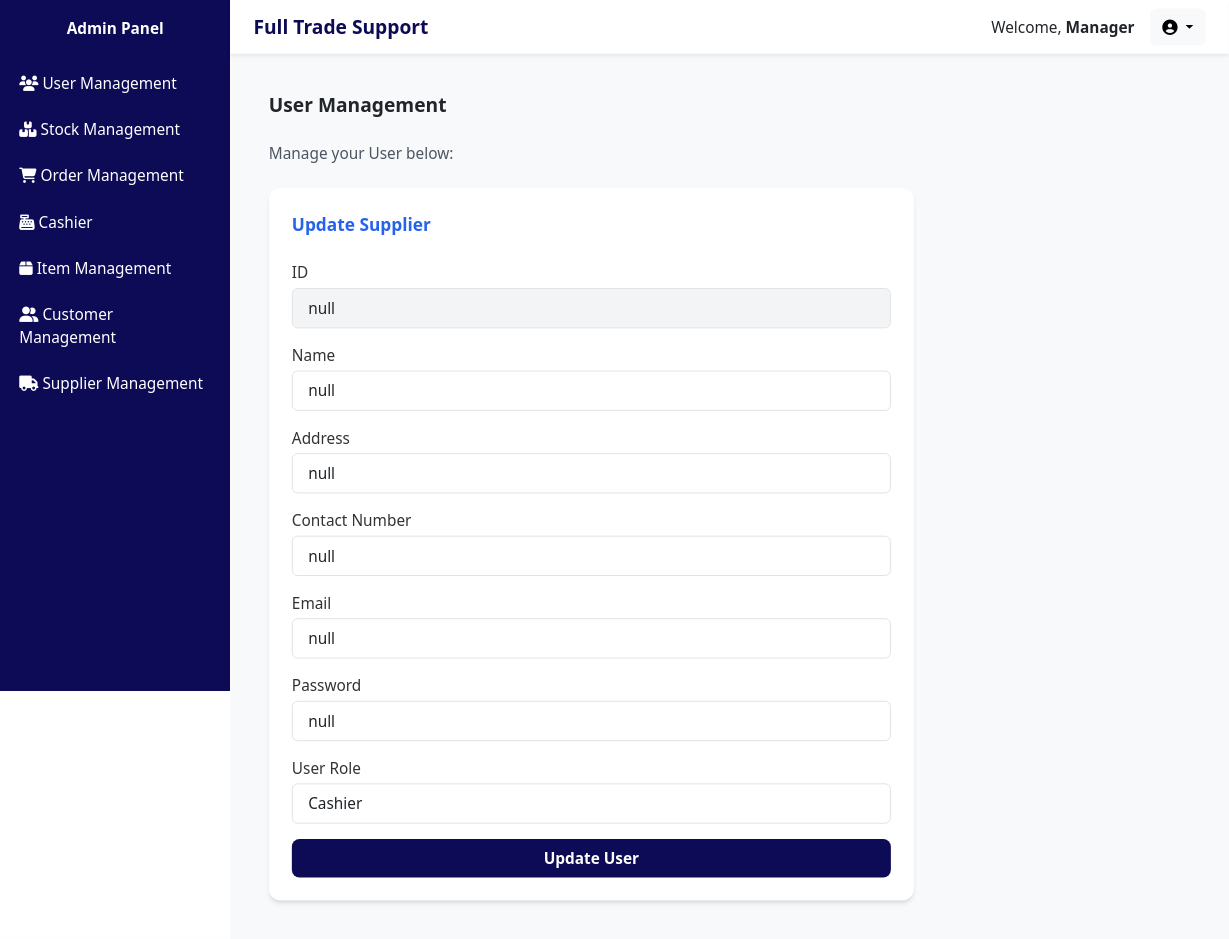
Repository: LakviduUpasara/onlineSparePartsManagementSystem
Page: http://localhost/Spare_parts_Management_Systems/Admin/update.jsp
The author's editor kept a copy of each file at every save. The page is drawn from the files as they stood at one save, then again after the next save.
The browser window is 1280 px wide. The pictures show the whole page, at 96% of full size.
Some web libraries are served in a nearby version. The page is served by Tomcat 9. Other server files are loaded and not shown.

Above is the page before, as saved 2025-05-13 22:54:14.

### Project/Project/Spare_parts_Management_Systems/src/main/webapp/Admin/update.jsp
<%@ page language="java" contentType="text/html; charset=UTF-8" pageEncoding="UTF-8"%>
<%@ page import="java.util.*, com.spareparts.model.Supplier" %>

<!DOCTYPE html>
<html lang="en">
<head>
  <meta charset="UTF-8">
  <title>Admin Dashboard - Full Trade Support</title>

  <!-- Bootstrap -->
  <link href="https://cdn.jsdelivr.net/npm/bootstrap@5.3.0/dist/css/bootstrap.min.css" rel="stylesheet">

  <!-- Tailwind CSS -->
  <script src="https://cdn.tailwindcss.com"></script>

  <!-- Font Awesome -->
  <link rel="stylesheet" href="https://cdnjs.cloudflare.com/ajax/libs/font-awesome/6.4.0/css/all.min.css">

  <style>
    <style>
  body {
    margin: 0;
    font-family: 'Segoe UI', Tahoma, Geneva, Verdana, sans-serif;
    background-color: #f8f9fa;
  }

  .sidebar {
    height: 100vh;
    background-color: #0d0b56; /* Primary theme color */
    color: white;
    position: fixed;
    width: 240px;
    padding-top: 20px;
  }

  .sidebar h4 {
    font-weight: bold;
    margin-bottom: 30px;
  }

  .sidebar a {
    color: white;
    text-decoration: none;
    display: block;
    padding: 12px 20px;
    font-size: 16px;
    transition: background 0.3s ease;
  }

  .sidebar a:hover {
    background-color: #111a72;
    border-left: 4px solid #ffffff;
    padding-left: 16px;
  }

  .main-content {
    margin-left: 240px;
    background-color: #f8f9fa;
  }

  .dashboard-content {
    padding: 40px;
  }

  .navbar {
    background-color: white;
    box-shadow: 0 2px 4px rgba(0,0,0,0.05);
  }

  .navbar-brand {
    font-weight: bold;
    color: #0d0b56 !important;
  }

  .btn-primary {
    background-color: #0d0b56;
    border: none;
  }

  .btn-primary:hover {
    background-color: #111a72;
  }

  .form-label {
    font-weight: 600;
    color: #333;
  }

  input.form-control,
  select.form-control,
  textarea.form-control {
    border: 1px solid #ccc;
    transition: border-color 0.2s ease;
  }

  input.form-control:focus,
  select.form-control:focus,
  textarea.form-control:focus {
    border-color: #0d0b56;
    box-shadow: 0 0 0 0.2rem rgba(13, 11, 86, 0.25);
  }

  .bg-white {
    background-color: white;
  }

  .rounded-xl {
    border-radius: 1rem;
  }

  .shadow-md {
    box-shadow: 0 4px 6px rgba(0,0,0,0.1);
  }

  .text-blue-600 {
    color: #0d0b56;
  }

  .btn-primary {
  background-color: #0d0b56 !important;
  border: none;
  color: white;
  font-weight: 600;
  transition: background-color 0.3s ease;
}

.btn-primary:hover,
.btn-primary:focus {
  background-color: #111a72 !important;
  color: white;
  box-shadow: 0 0 0 0.2rem rgba(13, 11, 86, 0.25);
}

</style>

  </style>
</head>

<body>
  <!-- Sidebar -->
<div class="sidebar">
    <h4 class="text-center mb-4">Admin  Panel</h4>
    <a href="GetAllServlet"><i class="fas fa-users"></i> User Management</a>
    <a href="#"><i class="fas fa-boxes"></i> Stock Management</a>
    <a href="#"><i class="fas fa-shopping-cart"></i> Order Management</a>
    <a href="#"><i class="fas fa-cash-register"></i> Cashier</a>
    <a href="#"><i class="fas fa-box"></i> Item Management</a>
    <a href="#"><i class="fas fa-user-friends"></i> Customer Management</a>
    <a href="supplier-list"><i class="fas fa-truck"></i> Supplier Management</a>
  </div>


  <!-- Main Content -->
  <div class="main-content">
    <nav class="navbar navbar-expand-lg navbar-light px-4 bg-white shadow-sm">
      <a class="navbar-brand" href="#">Full Trade Support</a>
      <div class="ms-auto d-flex align-items-center">
        <span class="me-3">Welcome, <strong>Manager</strong></span>
        <div class="dropdown">
          <a class="btn btn-light dropdown-toggle" href="#" id="userDropdown" data-bs-toggle="dropdown">
            <i class="fas fa-user-circle"></i>
          </a>
          <ul class="dropdown-menu dropdown-menu-end" aria-labelledby="userDropdown">
            <li><a class="dropdown-item" href="#">Profile</a></li>
            <li><a class="dropdown-item" href="#">Settings</a></li>
            <li><hr class="dropdown-divider"></li>
            <li><a class="dropdown-item text-danger" href="#">Logout</a></li>
          </ul>
        </div>
      </div>
    </nav>

    <div class="dashboard-content">
      <h2 class="text-xl font-bold mb-4">User Management</h2>
      <p class="mb-4 text-gray-600">Manage your User below:</p>

      <%
        String id = request.getParameter("id");
        String name = request.getParameter("name");
        String address = request.getParameter("address");
        String contactnumber = request.getParameter("contactnumber");
        String email = request.getParameter("email");
        String password = request.getParameter("password");
        String userRole = request.getParameter("userRole");
      %>

      <div class="bg-white rounded-xl shadow-md p-6 max-w-2xl">
        <h4 class="text-lg font-semibold mb-4 text-blue-600">Update Supplier</h4>


        <form action="${pageContext.request.contextPath}/UpdateServlet" method="post"class="space-y-4">
          <div>
            <label class="form-label block mb-1 font-medium">ID</label>
            <input type="text" name="id" value="<%= id %>" readonly
              class="form-control bg-gray-100 border border-gray-300 rounded px-3 py-2 w-full" />
          </div>

          <div>
            <label class="form-label block mb-1 font-medium">Name</label>
            <input type="text" name="name" value="<%= name %>" required
              class="form-control border border-gray-300 rounded px-3 py-2 w-full" />
          </div>

          <div>
            <label class="form-label block mb-1 font-medium">Address</label>
            <input type="text" name="address" value="<%= address %>" required
              class="form-control border border-gray-300 rounded px-3 py-2 w-full" />
          </div>

          <div>
            <label class="form-label block mb-1 font-medium">Contact Number</label>
            <input type="text" name="contactnumber" value="<%= contactnumber %>" required
              class="form-control border border-gray-300 rounded px-3 py-2 w-full" />
          </div>

          <div>
            <label class="form-label block mb-1 font-medium">Email</label>
            <input type="email" name="email" value="<%= email %>" required
              class="form-control border border-gray-300 rounded px-3 py-2 w-full" />
          </div>

          <div>
            <label class="form-label block mb-1 font-medium">Password</label>
            <input type="text" name="password" value="<%= password %>" required
              class="form-control border border-gray-300 rounded px-3 py-2 w-full" />
          </div>

      <div>
		  <label class="form-label block mb-1 font-medium">User Role</label>
		  <select name="userRole" class="form-control border border-gray-300 rounded px-3 py-2 w-full" required>
		    <option value="Cashier" <%= "Cashier".equals(userRole) ? "selected" : "" %> >Cashier</option>
		    <option value="Stock Manager" <%= "Stock Manager".equals(userRole) ? "selected" : "" %>>Stock Manager</option>
		    <option value="Admin" <%= "Admin".equals(userRole) ? "selected" : "" %>>Admin</option>
		    <option value="Manager" <%= "Manager".equals(userRole) ? "selected" : "" %>>Manager</option>
		  </select>
		</div>

          <div>
           <button type="submit" class="btn btn-primary w-full rounded-lg py-2 px-4">
  			Update User
		</button>

          </div>
        </form>
      </div>
    </div>
  </div>

  <!-- Bootstrap JS -->
  <script src="https://cdn.jsdelivr.net/npm/bootstrap@5.3.0/dist/js/bootstrap.bundle.min.js"></script>
</body>
</html>

After the next save:
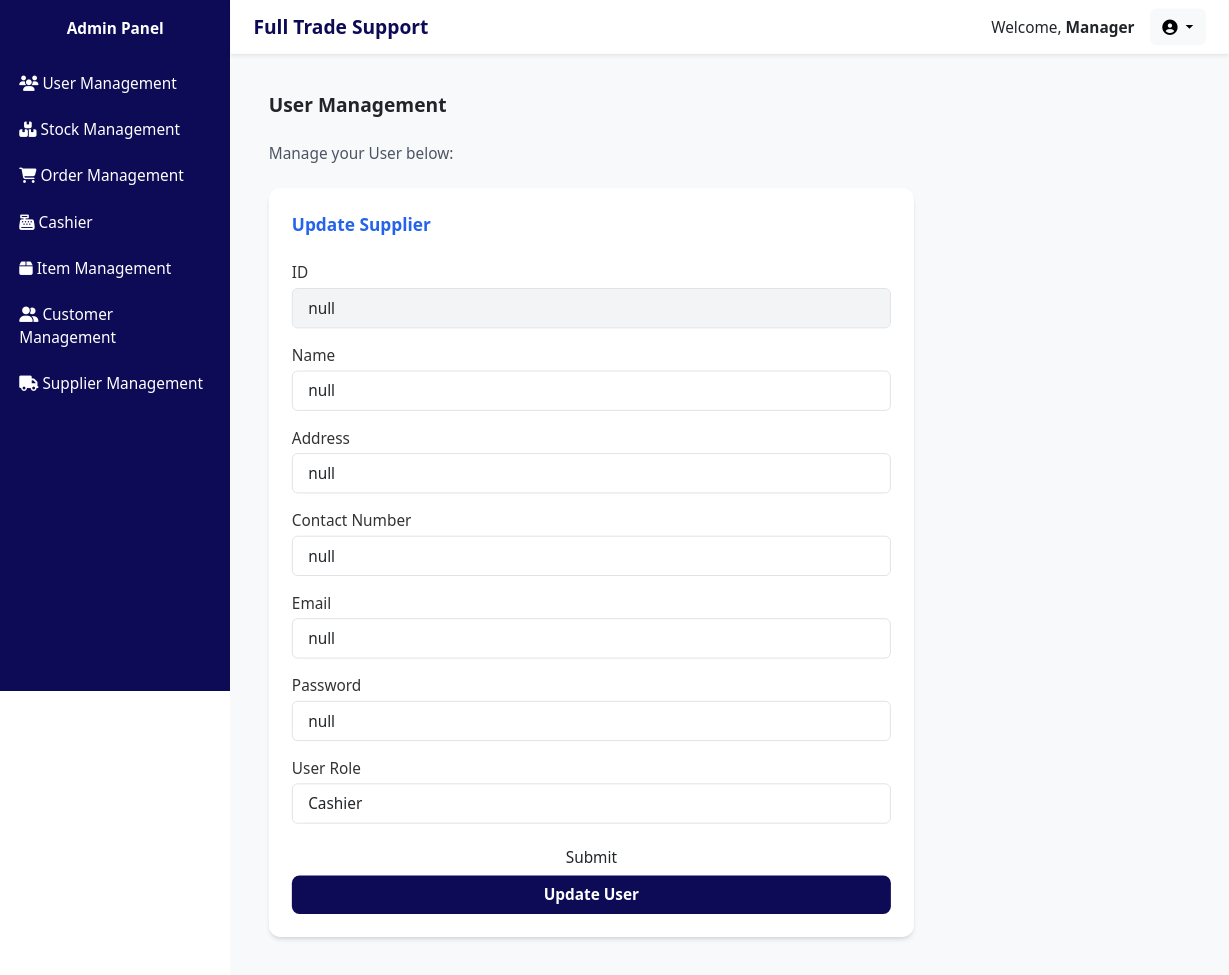
Saved 32 s later.
--- a/Project/Project/Spare_parts_Management_Systems/src/main/webapp/Admin/update.jsp
+++ b/Project/Project/Spare_parts_Management_Systems/src/main/webapp/Admin/update.jsp
@@ -236,10 +236,12 @@
 		</div>
 
           <div>
-           <button type="submit" class="btn btn-primary w-full rounded-lg py-2 px-4">
-  			Update User
-		</button>
-
+          	 <button type="submit" class="btn w-100">Submit</button>
+      		</form>
+            <button type="submit"
+              class="btn btn-primary w-full bg-blue-600 hover:bg-blue-700 text-white py-2 px-4 rounded-lg transition">
+              Update User
+            </button>
           </div>
         </form>
       </div>

After the save that followed:
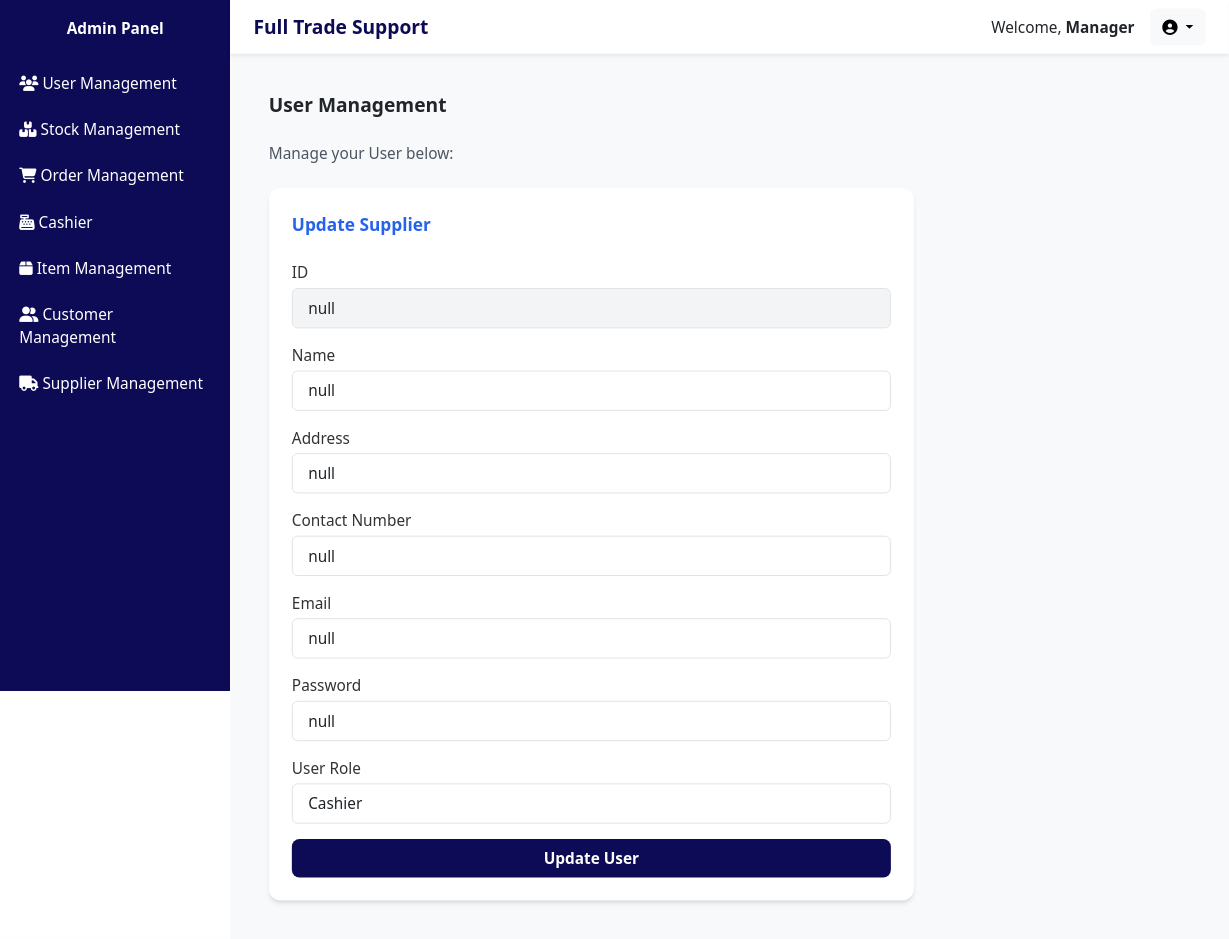
Saved 19 s later.
--- a/Project/Project/Spare_parts_Management_Systems/src/main/webapp/Admin/update.jsp
+++ b/Project/Project/Spare_parts_Management_Systems/src/main/webapp/Admin/update.jsp
@@ -236,7 +236,7 @@
 		</div>
 
           <div>
-          	 <button type="submit" class="btn w-100">Submit</button>
+
       		</form>
             <button type="submit"
               class="btn btn-primary w-full bg-blue-600 hover:bg-blue-700 text-white py-2 px-4 rounded-lg transition">
